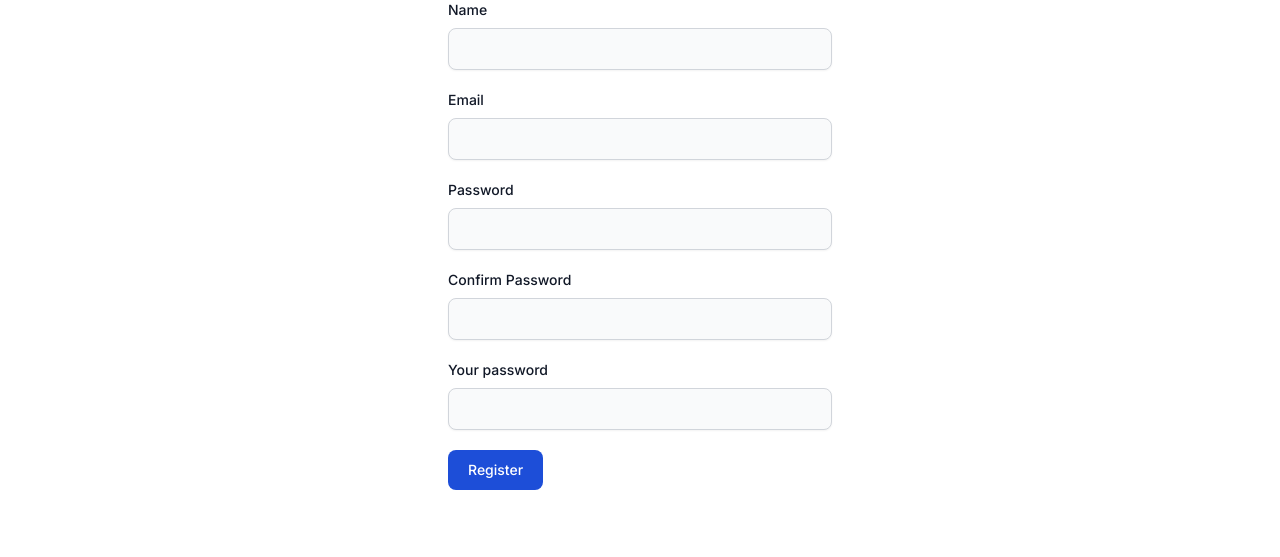
Repository: fatimash2123/next-todo
Page: /register
The author's editor kept a copy of each file at every save. The page is drawn from the files as they stood at one save, then again after the next save.
The browser window is 1280 px wide. The pictures show the whole page.
The project was rebuilt for these pictures with package versions that can differ from the ones it lists, and the page was loaded fresh each time. The framework's server and built-in components were replaced by stand-ins that run in the browser. Also part of the build but not shown: next.config.mjs.

Above is the page before, as saved 2024-02-13 12:19:29.

### app/register/page.tsx
import Input from "../components/Input";
import Button from "../components/Button";
export default function Register() {
  const register = () => {};

  return (
    <form className="max-w-sm mx-auto">
      <Input title={"Name"} type={"text"} name={"name"} />
      <Input title={"Email"} type={"email"} name={"email"} />
      <Input title={"Password"} type={"password"} name={"password"} />
      <Input title={"Confirm Password"} type={"password"} name={"cpassword"} />
      <div className="mb-5">
        <label
          htmlFor="password"
          className="block mb-2 text-sm font-medium text-gray-900 dark:text-white"
        >
          Your password
        </label>
        <input
          type="password"
          id="password"
          className="shadow-sm bg-gray-50 border border-gray-300 text-gray-900 text-sm rounded-lg focus:ring-blue-500 focus:border-blue-500 block w-full p-2.5 dark:bg-gray-700 dark:border-gray-600 dark:placeholder-gray-400 dark:text-white dark:focus:ring-blue-500 dark:focus:border-blue-500 dark:shadow-sm-light"
          required
        />
      </div>
      <Button title={"Register"} handleOnClick={register} />
    </form>
  );
}

### app/components/Input.tsx
interface InputProps {
  title: string;
  type: string;
  name: string;
}
export default function ({ title, type, name }: InputProps) {
  return (
    <div className="mb-5">
      <label
        htmlFor={name}
        className="block mb-2 text-sm font-medium text-gray-900 dark:text-white"
      >
        {title}
      </label>
      <input
        type={type}
        id={name}
        className="shadow-sm bg-gray-50 border border-gray-300 text-gray-900 text-sm rounded-lg focus:ring-blue-500 focus:border-blue-500 block w-full p-2.5 dark:bg-gray-700 dark:border-gray-600 dark:placeholder-gray-400 dark:text-white dark:focus:ring-blue-500 dark:focus:border-blue-500 dark:shadow-sm-light"
        required
      />
    </div>
  );
}

### app/components/Button.tsx
import { MouseEventHandler } from "react";

interface ButtonProps {
  title: string;
  handleOnClick: () => any;
}

const Button = ({ title, handleOnClick }: ButtonProps) => {
  return (
    <button
      type="submit"
      className="text-white bg-blue-700 hover:bg-blue-800 focus:ring-4 focus:outline-none focus:ring-blue-300 font-medium rounded-lg text-sm px-5 py-2.5 text-center dark:bg-blue-600 dark:hover:bg-blue-700 dark:focus:ring-blue-800"
      onClick={handleOnClick()}
    >
      {title}
    </button>
  );
};

export default Button;

### tailwind.config.js
/** @type {import('tailwindcss').Config} */
module.exports = {
  content: [
    "./app/**/*.{js,ts,jsx,tsx,mdx}",
    "./components/**/*.{js,ts,jsx,tsx,mdx}",
  ],
  theme: {
    extend: {},
  },
  plugins: [],
}

### app/components/MainHeading.tsx
interface MainHeadingProps {
  title: string;
}

export default function ({ title }: MainHeadingProps) {
  return (
    <h1 className="font-bold text-lg text-center text-3xl underline">
      {title}
    </h1>
  );
}

Loaded but not shown: app/layout.tsx (common file); app/globals.css (common file)

After the next save:
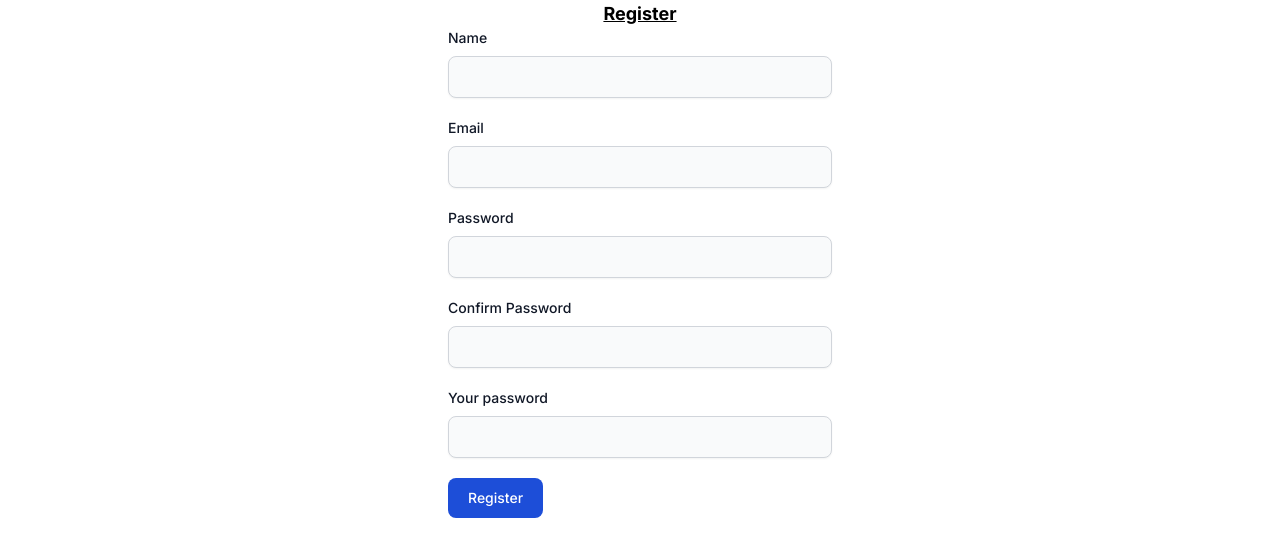
Saved 39 s later.
--- a/app/register/page.tsx
+++ b/app/register/page.tsx
@@ -1,29 +1,37 @@
 import Input from "../components/Input";
 import Button from "../components/Button";
+import MainHeading from "../components/MainHeading";
 export default function Register() {
   const register = () => {};
 
   return (
-    <form className="max-w-sm mx-auto">
-      <Input title={"Name"} type={"text"} name={"name"} />
-      <Input title={"Email"} type={"email"} name={"email"} />
-      <Input title={"Password"} type={"password"} name={"password"} />
-      <Input title={"Confirm Password"} type={"password"} name={"cpassword"} />
-      <div className="mb-5">
-        <label
-          htmlFor="password"
-          className="block mb-2 text-sm font-medium text-gray-900 dark:text-white"
-        >
-          Your password
-        </label>
-        <input
-          type="password"
-          id="password"
-          className="shadow-sm bg-gray-50 border border-gray-300 text-gray-900 text-sm rounded-lg focus:ring-blue-500 focus:border-blue-500 block w-full p-2.5 dark:bg-gray-700 dark:border-gray-600 dark:placeholder-gray-400 dark:text-white dark:focus:ring-blue-500 dark:focus:border-blue-500 dark:shadow-sm-light"
-          required
+    <>
+      <MainHeading title={"Register"} />
+      <form className="max-w-sm mx-auto">
+        <Input title={"Name"} type={"text"} name={"name"} />
+        <Input title={"Email"} type={"email"} name={"email"} />
+        <Input title={"Password"} type={"password"} name={"password"} />
+        <Input
+          title={"Confirm Password"}
+          type={"password"}
+          name={"cpassword"}
         />
-      </div>
-      <Button title={"Register"} handleOnClick={register} />
-    </form>
+        <div className="mb-5">
+          <label
+            htmlFor="password"
+            className="block mb-2 text-sm font-medium text-gray-900 dark:text-white"
+          >
+            Your password
+          </label>
+          <input
+            type="password"
+            id="password"
+            className="shadow-sm bg-gray-50 border border-gray-300 text-gray-900 text-sm rounded-lg focus:ring-blue-500 focus:border-blue-500 block w-full p-2.5 dark:bg-gray-700 dark:border-gray-600 dark:placeholder-gray-400 dark:text-white dark:focus:ring-blue-500 dark:focus:border-blue-500 dark:shadow-sm-light"
+            required
+          />
+        </div>
+        <Button title={"Register"} handleOnClick={register} />
+      </form>
+    </>
   );
 }
